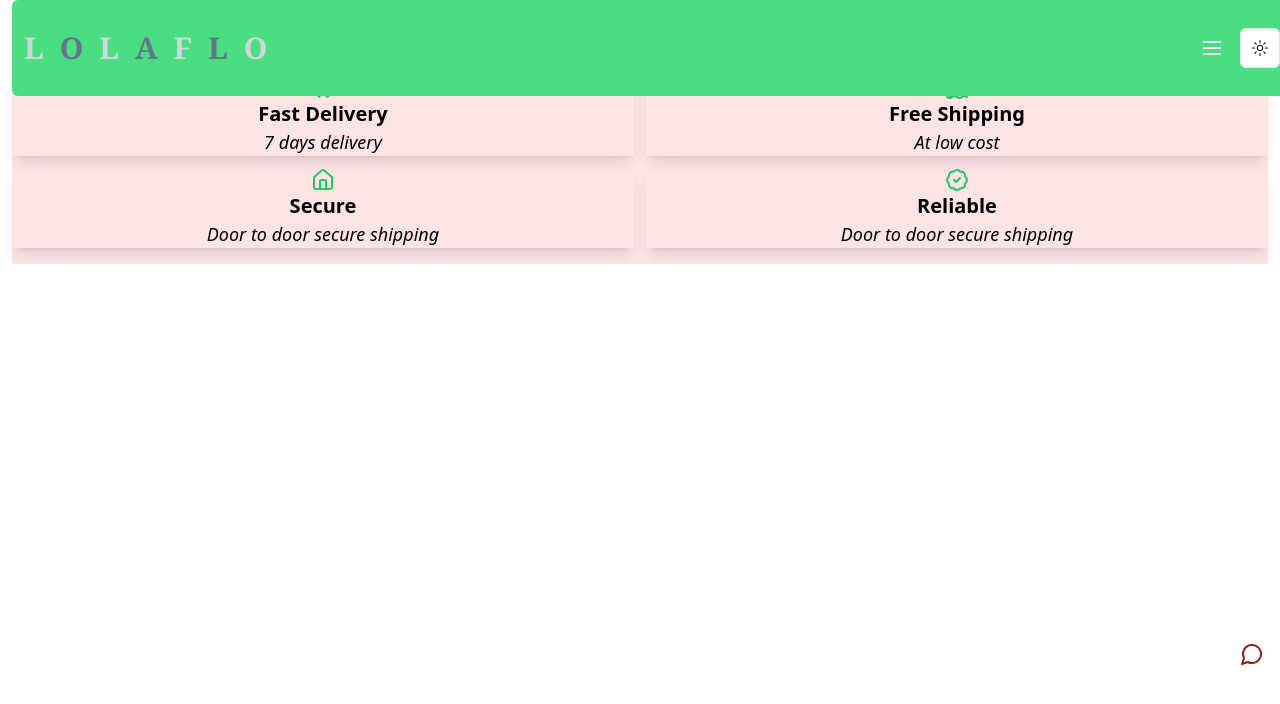
Repository: Semanmernstack/bisi-abejide
Page: /bb
The author's editor kept a copy of each file at every save. The page is drawn from the files as they stood at one save, then again after the next save.
The browser window is 1280 px wide. The pictures show the whole page.
The project was rebuilt for these pictures with package versions that can differ from the ones it lists, and the page was loaded fresh each time. The framework's server and built-in components were replaced by stand-ins that run in the browser. Also part of the build but not shown: next.config.mjs.

Above is the page before, as saved 2024-02-13 07:44:10.

### app/layout.tsx
import type { Metadata } from "next";
import { Inter } from "next/font/google";
import "./globals.css";
import { ThemeProvider } from "@/components/theme-provider";
import Nav from "@/components/Nav";
import Footer from "@/components/Footer";

const inter = Inter({ subsets: ["latin"] });

export const metadata: Metadata = {
  title: "Create Next App",
  description: "Generated by create next app",
};

export default function RootLayout({
  children,
}: Readonly<{
  children: React.ReactNode;
}>) {
  return (
    <html lang="en">
      <body className=" flex flex-col p-3    dark:bg-gray-800 dark:text-white">
      <ThemeProvider
            attribute="class"
            defaultTheme="system"
            enableSystem
            disableTransitionOnChange
          >
            <Nav/>
        {children}
        <Footer/>
      </ThemeProvider>
        </body>
    </html>
  );
}

### components/Nav.tsx
import Cat from "./Cat"
import Toggle from "./Toggle"

function Nav() {
    return (
      <div className='p-3 top-0 z-50 fixed w-full    bg-green-400 rounded-md  '>

          <div className='flex py-4 gap-2 items-center justify-between '>
              <div className='flex text-2xl md:text-3xl  font-extrabold font-serif items-center gap-4 text-white'>
                  <span className='text-gray-300'>L</span>
                  <span className='text-slate-500'>O</span>
                  <span className='text-gray-300'>L</span>
                  <span className='text-slate-500'>A</span>
                  <span className='text-gray-300'>F</span>
                  <span className='text-slate-500'>L</span>
                  <span className='  text-gray-300'>O</span>




              </div>
              <div className='flex items-center  space-x-2'>
                  <Cat/>
                  <Toggle/>
              </div>
          </div>
      </div>
    )
  }

  export default Nav

### components/Footer.tsx
"use client"
import React, { useState } from 'react'
import Mailing from './Mailing'
import Delivery from './Delivery'
import Ai from './Ai'

function Footer() {

  return (
    <div >
        <div>
            <Mailing/>
            <Ai    />
            <Delivery />
        </div>
    </div>
  )
}

export default Footer

### components/Cat.tsx
"use client"
import React from 'react'
import {
    DropdownMenu,
    DropdownMenuContent,
    DropdownMenuItem,
    DropdownMenuLabel,
    DropdownMenuSeparator,
    DropdownMenuTrigger,
  } from "@/components/ui/dropdown-menu"
import { MenuIcon } from 'lucide-react'
import { usePathname } from 'next/navigation'
import Link from 'next/link'

interface P {
    name: string,
    href: string
}

const links: P[] = [
    {
        name: 'Home', href: "/"
    },
    {
        name: 'Ankara ', href: "/Ankara"

    },
    {
        name: 'Adire ', href: "/Adire"

    },

    {
        name: ' Mixed ', href: "/Mixed "
    },
    {
        name: 'Adire Kimonos jackets', href: "/adire-kimono"
    },
    {
        name: 'Adire Kaftans', href: "/Adire-kaftans "
    },
    {
        name: 'Adire Tops', href: "/Adire-tops"
    },
    {
        name: 'Ankara Pants', href: "/Ankara-Pants "
    },


]


function Cat() {
    const pathname = usePathname()
  return (

    <div>
        <DropdownMenu >
            <DropdownMenuTrigger className=" flex flex-col w-10 h-9  text-white text-xl  justify-center items-center text-center">
                <MenuIcon/>
            </DropdownMenuTrigger>
            <DropdownMenuContent className=''>
                <DropdownMenuLabel className=" flex font-bold font-serif sm:font-bold justify-center gap-1 p-1 border items-center">Choose Category</DropdownMenuLabel>
                <DropdownMenuSeparator />

                <DropdownMenuItem className="flex  flex-col p-3 gap-2    rounded-md">
                {links.map((l, index) => (
                <div key={index} className='flex   rounded-lg  text-zinc-900 md:w-1/2 text-center font-extrabold     p-2 transition ease-in-out delay-150 hover:-translate-y-1 hover:scale-95  duration-300 '>
                    {pathname === l.href ? (
                        <Link href={l.href} className='text-sm sm:text-lg text-red-800 font-semibold animate-pulse'>
                            {l.name}
                        </Link>

                    ):(
                        <Link href= {l.href }
                        className="flex   p-2 gap-1 italic sm:font-semibold hover:border rounded-lg border-teal-700  text-slate-800 dark:text-white text-sm sm:text-lg font-bold transition duration-100  "
                        >
                            {l.name}
                        </Link>

                    )}

                </div>
            ))}

                </DropdownMenuItem>


            </DropdownMenuContent>
        </DropdownMenu>

    </div>
  )
}

export default Cat

### components/Toggle.tsx
"use client"
import React from 'react'
import { MoonIcon, SunIcon } from "@radix-ui/react-icons"
import { useTheme } from "next-themes"
import { Button } from "@/components/ui/button"
import {
    DropdownMenu,
    DropdownMenuContent,
    DropdownMenuItem,
    DropdownMenuTrigger,
  } from "@/components/ui/dropdown-menu"

function Toggle() {
    const { setTheme } = useTheme()
  return (
    <div>
        <DropdownMenu>
      <DropdownMenuTrigger asChild>
        <Button variant="outline" size="icon">
          <SunIcon className=" h-4 w-4 rotate-0 scale-100 transition-all dark:-rotate-90 dark:scale-0" />
          <MoonIcon className="absolute h-4 w-4 rotate-90 scale-0 transition-all dark:rotate-0 dark:scale-100" />
          <span className="sr-only">Toggle theme</span>
        </Button>
      </DropdownMenuTrigger>
      <DropdownMenuContent align="end">
        <DropdownMenuItem onClick={() => setTheme("light")}>
          Light
        </DropdownMenuItem>
        <DropdownMenuItem onClick={() => setTheme("dark")}>
          Dark
        </DropdownMenuItem>
        <DropdownMenuItem onClick={() => setTheme("system")}>
          System
        </DropdownMenuItem>
      </DropdownMenuContent>
    </DropdownMenu>

    </div>
  )
}

export default Toggle

### components/Mailing.tsx
import React from 'react'

function Mailing() {
  return (
    <div>Mailing</div>
  )
}

export default Mailing

### components/Delivery.tsx

import {  BadgeCheckIcon, PlaneIcon, HomeIcon, ShipIcon } from 'lucide-react'
import React from 'react'

const details = [
    {
        name: 'Fast Delivery',
        icon: <PlaneIcon/>,
        desc: '7 days delivery',
    },
    {
        name: 'Free Shipping',
        icon: <ShipIcon/>,
        desc: 'At low cost',
    },
    {
        name: 'Secure',
        icon: <HomeIcon/>,
        desc: 'Door to door secure shipping',
    },
    {
        name: 'Reliable',
        icon: <BadgeCheckIcon/>,
        desc: 'Door to door secure shipping',
    },
]

function Delivery() {
  return (
    <div className=' bg-rose-100 dark:bg-gray-800  py-4 grid grid-cols-1 sm:grid-cols-2 gap-3 '>
        {details?.map((b, i) => (
            <div className='flex flex-col  shadow-lg items-center justify-center ' key={i}>
                <h2 className='text-green-500'>{b.icon}</h2>
                <h2 className='text-lg sm:text-xl dark:text-white font-bold'>{b.name}</h2>
                <span className='text-sm dark:text-white md:text-lg italic'>{b.desc}</span>


            </div>

        ))}


    </div>

  )
}

export default Delivery

### components/Ai.tsx
import {  MessageCircleIcon } from 'lucide-react'
import React, { useState } from 'react'
import SubAi from './SubAi'
import {
  Popover,
  PopoverContent,
  PopoverTrigger,
} from "@/components/ui/popover"
import { SocialIcon } from 'react-social-icons'



function Ai() {
    const [open, setOpen] = useState(false)

    const handleSubmit = () => {
      setOpen(true)
    }



  return (
    <div  onClick={handleSubmit}  className='bottom-12 right-4    text-red-800 fixed z-50'>

      <Popover >
        <PopoverTrigger className='text-2xl font-extrabold'><MessageCircleIcon className=''/></PopoverTrigger>
        <PopoverContent className='flex flex-col gap-2'>
          <h1 className='text-bold'>welcome to LOLAFLO</h1>
          <span className='text-sm'>Get In Touch with us</span>

          <span>
            <SocialIcon/>
          </span>
        </PopoverContent>
      </Popover>



    </div>
  )
}

export default Ai

### components/ui/dropdown-menu.tsx
"use client"

import * as React from "react"
import * as DropdownMenuPrimitive from "@radix-ui/react-dropdown-menu"
import { Check, ChevronRight, Circle } from "lucide-react"

import { cn } from "@/lib/utils"

const DropdownMenu = DropdownMenuPrimitive.Root

const DropdownMenuTrigger = DropdownMenuPrimitive.Trigger

const DropdownMenuGroup = DropdownMenuPrimitive.Group

const DropdownMenuPortal = DropdownMenuPrimitive.Portal

const DropdownMenuSub = DropdownMenuPrimitive.Sub

const DropdownMenuRadioGroup = DropdownMenuPrimitive.RadioGroup

const DropdownMenuSubTrigger = React.forwardRef<
  React.ElementRef<typeof DropdownMenuPrimitive.SubTrigger>,
  React.ComponentPropsWithoutRef<typeof DropdownMenuPrimitive.SubTrigger> & {
    inset?: boolean
  }
>(({ className, inset, children, ...props }, ref) => (
  <DropdownMenuPrimitive.SubTrigger
    ref={ref}
    className={cn(
      "flex cursor-default select-none items-center rounded-sm px-2 py-1.5 text-sm outline-none focus:bg-slate-100 data-[state=open]:bg-slate-100 dark:focus:bg-slate-800 dark:data-[state=open]:bg-slate-800",
      inset && "pl-8",
      className
    )}
    {...props}
  >
    {children}
    <ChevronRight className="ml-auto h-4 w-4" />
  </DropdownMenuPrimitive.SubTrigger>
))
DropdownMenuSubTrigger.displayName =
  DropdownMenuPrimitive.SubTrigger.displayName

const DropdownMenuSubContent = React.forwardRef<
  React.ElementRef<typeof DropdownMenuPrimitive.SubContent>,
  React.ComponentPropsWithoutRef<typeof DropdownMenuPrimitive.SubContent>
>(({ className, ...props }, ref) => (
  <DropdownMenuPrimitive.SubContent
    ref={ref}
    className={cn(
      "z-50 min-w-[8rem] overflow-hidden rounded-md border border-slate-200 bg-white p-1 text-slate-950 shadow-lg data-[state=open]:animate-in data-[state=closed]:animate-out data-[state=closed]:fade-out-0 data-[state=open]:fade-in-0 data-[state=closed]:zoom-out-95 data-[state=open]:zoom-in-95 data-[side=bottom]:slide-in-from-top-2 data-[side=left]:slide-in-from-right-2 data-[side=right]:slide-in-from-left-2 data-[side=top]:slide-in-from-bottom-2 dark:border-slate-800 dark:bg-slate-950 dark:text-slate-50",
      className
    )}
    {...props}
  />
))
DropdownMenuSubContent.displayName =
  DropdownMenuPrimitive.SubContent.displayName

const DropdownMenuContent = React.forwardRef<
  React.ElementRef<typeof DropdownMenuPrimitive.Content>,
  React.ComponentPropsWithoutRef<typeof DropdownMenuPrimitive.Content>
>(({ className, sideOffset = 4, ...props }, ref) => (
  <DropdownMenuPrimitive.Portal>
    <DropdownMenuPrimitive.Content
      ref={ref}
      sideOffset={sideOffset}
      className={cn(
        "z-50 min-w-[8rem] overflow-hidden rounded-md border border-slate-200 bg-white p-1 text-slate-950 shadow-md data-[state=open]:animate-in data-[state=closed]:animate-out data-[state=closed]:fade-out-0 data-[state=open]:fade-in-0 data-[state=closed]:zoom-out-95 data-[state=open]:zoom-in-95 data-[side=bottom]:slide-in-from-top-2 data-[side=left]:slide-in-from-right-2 data-[side=right]:slide-in-from-left-2 data-[side=top]:slide-in-from-bottom-2 dark:border-slate-800 dark:bg-slate-950 dark:text-slate-50",
        className
      )}
      {...props}
    />
  </DropdownMenuPrimitive.Portal>
))
DropdownMenuContent.displayName = DropdownMenuPrimitive.Content.displayName

const DropdownMenuItem = React.forwardRef<
  React.ElementRef<typeof DropdownMenuPrimitive.Item>,
  React.ComponentPropsWithoutRef<typeof DropdownMenuPrimitive.Item> & {
    inset?: boolean
  }
>(({ className, inset, ...props }, ref) => (
  <DropdownMenuPrimitive.Item
    ref={ref}
    className={cn(
      "relative flex cursor-default select-none items-center rounded-sm px-2 py-1.5 text-sm outline-none transition-colors focus:bg-slate-100 focus:text-slate-900 data-[disabled]:pointer-events-none data-[disabled]:opacity-50 dark:focus:bg-slate-800 dark:focus:text-slate-50",
      inset && "pl-8",
      className
    )}
    {...props}
  />
))
DropdownMenuItem.displayName = DropdownMenuPrimitive.Item.displayName

const DropdownMenuCheckboxItem = React.forwardRef<
  React.ElementRef<typeof DropdownMenuPrimitive.CheckboxItem>,
  React.ComponentPropsWithoutRef<typeof DropdownMenuPrimitive.CheckboxItem>
>(({ className, children, checked, ...props }, ref) => (
  <DropdownMenuPrimitive.CheckboxItem
    ref={ref}
    className={cn(
      "relative flex cursor-default select-none items-center rounded-sm py-1.5 pl-8 pr-2 text-sm outline-none transition-colors focus:bg-slate-100 focus:text-slate-900 data-[disabled]:pointer-events-none data-[disabled]:opacity-50 dark:focus:bg-slate-800 dark:focus:text-slate-50",
      className
    )}
    checked={checked}
    {...props}
  >
    <span className="absolute left-2 flex h-3.5 w-3.5 items-center justify-center">
      <DropdownMenuPrimitive.ItemIndicator>
        <Check className="h-4 w-4" />
      </DropdownMenuPrimitive.ItemIndicator>
    </span>
    {children}
  </DropdownMenuPrimitive.CheckboxItem>
))
DropdownMenuCheckboxItem.displayName =
  DropdownMenuPrimitive.CheckboxItem.displayName

const DropdownMenuRadioItem = React.forwardRef<
  React.ElementRef<typeof DropdownMenuPrimitive.RadioItem>,
  React.ComponentPropsWithoutRef<typeof DropdownMenuPrimitive.RadioItem>
>(({ className, children, ...props }, ref) => (
  <DropdownMenuPrimitive.RadioItem
    ref={ref}
    className={cn(
      "relative flex cursor-default select-none items-center rounded-sm py-1.5 pl-8 pr-2 text-sm outline-none transition-colors focus:bg-slate-100 focus:text-slate-900 data-[disabled]:pointer-events-none data-[disabled]:opacity-50 dark:focus:bg-slate-800 dark:focus:text-slate-50",
      className
    )}
    {...props}
  >
    <span className="absolute left-2 flex h-3.5 w-3.5 items-center justify-center">
      <DropdownMenuPrimitive.ItemIndicator>
        <Circle className="h-2 w-2 fill-current" />
      </DropdownMenuPrimitive.ItemIndicator>
    </span>
    {children}
  </DropdownMenuPrimitive.RadioItem>
))
DropdownMenuRadioItem.displayName = DropdownMenuPrimitive.RadioItem.displayName

const DropdownMenuLabel = React.forwardRef<
  React.ElementRef<typeof DropdownMenuPrimitive.Label>,
  React.ComponentPropsWithoutRef<typeof DropdownMenuPrimitive.Label> & {
    inset?: boolean
  }
>(({ className, inset, ...props }, ref) => (
  <DropdownMenuPrimitive.Label
    ref={ref}
    className={cn(
      "px-2 py-1.5 text-sm font-semibold",
      inset && "pl-8",
      className
    )}
    {...props}
  />
))
DropdownMenuLabel.displayName = DropdownMenuPrimitive.Label.displayName

const DropdownMenuSeparator = React.forwardRef<
  React.ElementRef<typeof DropdownMenuPrimitive.Separator>,
  React.ComponentPropsWithoutRef<typeof DropdownMenuPrimitive.Separator>
>(({ className, ...props }, ref) => (
  <DropdownMenuPrimitive.Separator
    ref={ref}
    className={cn("-mx-1 my-1 h-px bg-slate-100 dark:bg-slate-800", className)}
    {...props}
  />
))
DropdownMenuSeparator.displayName = DropdownMenuPrimitive.Separator.displayName

const DropdownMenuShortcut = ({
  className,
  ...props
}: React.HTMLAttributes<HTMLSpanElement>) => {
  return (
    <span
      className={cn("ml-auto text-xs tracking-widest opacity-60", className)}
      {...props}
    />
  )
}
DropdownMenuShortcut.displayName = "DropdownMenuShortcut"

export {
  DropdownMenu,
  DropdownMenuTrigger,
  DropdownMenuContent,
  DropdownMenuItem,
  DropdownMenuCheckboxItem,
  DropdownMenuRadioItem,
  DropdownMenuLabel,
  DropdownMenuSeparator,
  DropdownMenuShortcut,
  DropdownMenuGroup,
  DropdownMenuPortal,
  DropdownMenuSub,
  DropdownMenuSubContent,
  DropdownMenuSubTrigger,
  DropdownMenuRadioGroup,
}

### components/ui/button.tsx
import * as React from "react"
import { Slot } from "@radix-ui/react-slot"
import { cva, type VariantProps } from "class-variance-authority"

import { cn } from "@/lib/utils"

const buttonVariants = cva(
  "inline-flex items-center justify-center whitespace-nowrap rounded-md text-sm font-medium ring-offset-white transition-colors focus-visible:outline-none focus-visible:ring-2 focus-visible:ring-slate-950 focus-visible:ring-offset-2 disabled:pointer-events-none disabled:opacity-50 dark:ring-offset-slate-950 dark:focus-visible:ring-slate-300",
  {
    variants: {
      variant: {
        default: "bg-slate-900 text-slate-50 hover:bg-slate-900/90 dark:bg-slate-50 dark:text-slate-900 dark:hover:bg-slate-50/90",
        destructive:
          "bg-red-500 text-slate-50 hover:bg-red-500/90 dark:bg-red-900 dark:text-slate-50 dark:hover:bg-red-900/90",
        outline:
          "border border-slate-200 bg-white hover:bg-slate-100 hover:text-slate-900 dark:border-slate-800 dark:bg-slate-950 dark:hover:bg-slate-800 dark:hover:text-slate-50",
        secondary:
          "bg-slate-100 text-slate-900 hover:bg-slate-100/80 dark:bg-slate-800 dark:text-slate-50 dark:hover:bg-slate-800/80",
        ghost: "hover:bg-slate-100 hover:text-slate-900 dark:hover:bg-slate-800 dark:hover:text-slate-50",
        link: "text-slate-900 underline-offset-4 hover:underline dark:text-slate-50",
      },
      size: {
        default: "h-10 px-4 py-2",
        sm: "h-9 rounded-md px-3",
        lg: "h-11 rounded-md px-8",
        icon: "h-10 w-10",
      },
    },
    defaultVariants: {
      variant: "default",
      size: "default",
    },
  }
)

export interface ButtonProps
  extends React.ButtonHTMLAttributes<HTMLButtonElement>,
    VariantProps<typeof buttonVariants> {
  asChild?: boolean
}

const Button = React.forwardRef<HTMLButtonElement, ButtonProps>(
  ({ className, variant, size, asChild = false, ...props }, ref) => {
    const Comp = asChild ? Slot : "button"
    return (
      <Comp
        className={cn(buttonVariants({ variant, size, className }))}
        ref={ref}
        {...props}
      />
    )
  }
)
Button.displayName = "Button"

export { Button, buttonVariants }

### components/ui/popover.tsx
"use client"

import * as React from "react"
import * as PopoverPrimitive from "@radix-ui/react-popover"

import { cn } from "@/lib/utils"

const Popover = PopoverPrimitive.Root

const PopoverTrigger = PopoverPrimitive.Trigger

const PopoverContent = React.forwardRef<
  React.ElementRef<typeof PopoverPrimitive.Content>,
  React.ComponentPropsWithoutRef<typeof PopoverPrimitive.Content>
>(({ className, align = "center", sideOffset = 4, ...props }, ref) => (
  <PopoverPrimitive.Portal>
    <PopoverPrimitive.Content
      ref={ref}
      align={align}
      sideOffset={sideOffset}
      className={cn(
        "z-50 w-72 rounded-md border border-slate-200 bg-white p-4 text-slate-950 shadow-md outline-none data-[state=open]:animate-in data-[state=closed]:animate-out data-[state=closed]:fade-out-0 data-[state=open]:fade-in-0 data-[state=closed]:zoom-out-95 data-[state=open]:zoom-in-95 data-[side=bottom]:slide-in-from-top-2 data-[side=left]:slide-in-from-right-2 data-[side=right]:slide-in-from-left-2 data-[side=top]:slide-in-from-bottom-2 dark:border-slate-800 dark:bg-slate-950 dark:text-slate-50",
        className
      )}
      {...props}
    />
  </PopoverPrimitive.Portal>
))
PopoverContent.displayName = PopoverPrimitive.Content.displayName

export { Popover, PopoverTrigger, PopoverContent }

Loaded but not shown: app/bb/page.tsx (common file); app/globals.css (common file); components/theme-provider.tsx (common file); lib/utils.ts (common file); tailwind.config.ts (common file)

After the next save:
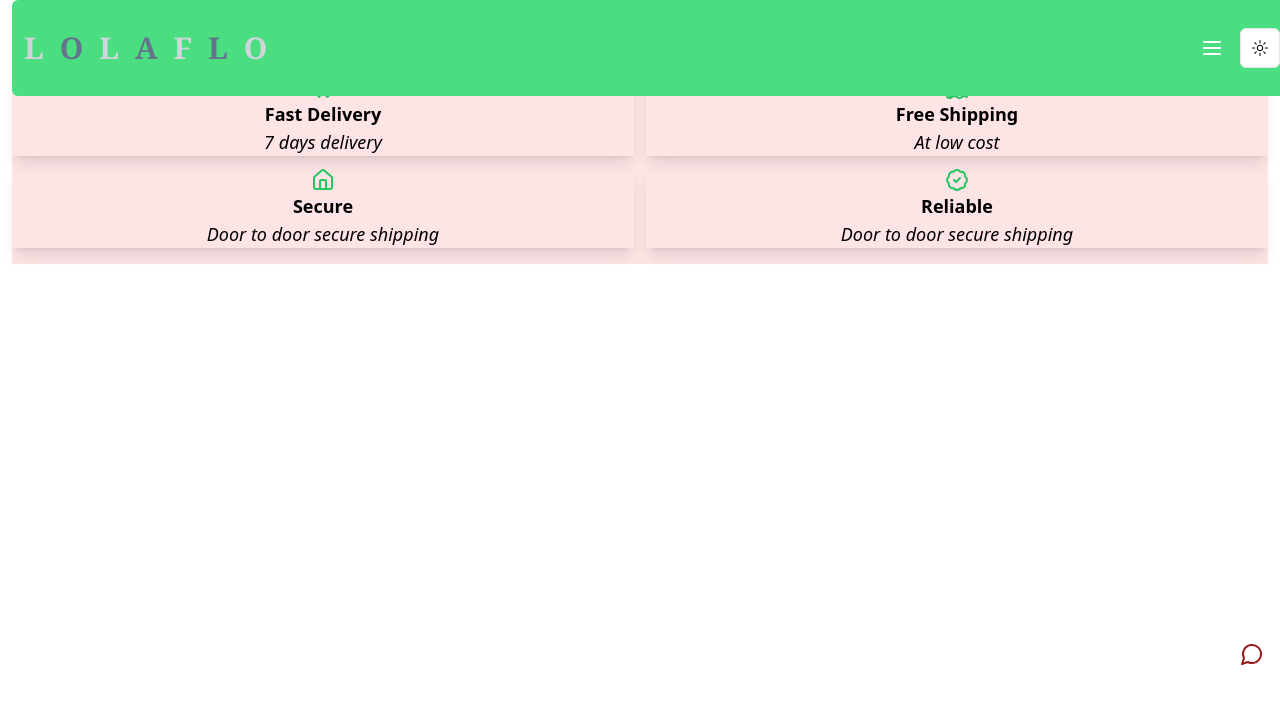
Saved 26 min 47 s later.
--- a/components/Delivery.tsx
+++ b/components/Delivery.tsx
@@ -31,7 +31,7 @@ function Delivery() {
         {details?.map((b, i) => (
             <div className='flex flex-col  shadow-lg items-center justify-center ' key={i}>
                 <h2 className='text-green-500'>{b.icon}</h2>
-                <h2 className='text-lg sm:text-xl dark:text-white font-bold'>{b.name}</h2>
+                <h2 className='text-sm md:text-lg dark:text-white font-bold'>{b.name}</h2>
                 <span className='text-sm dark:text-white md:text-lg italic'>{b.desc}</span>
 
 
